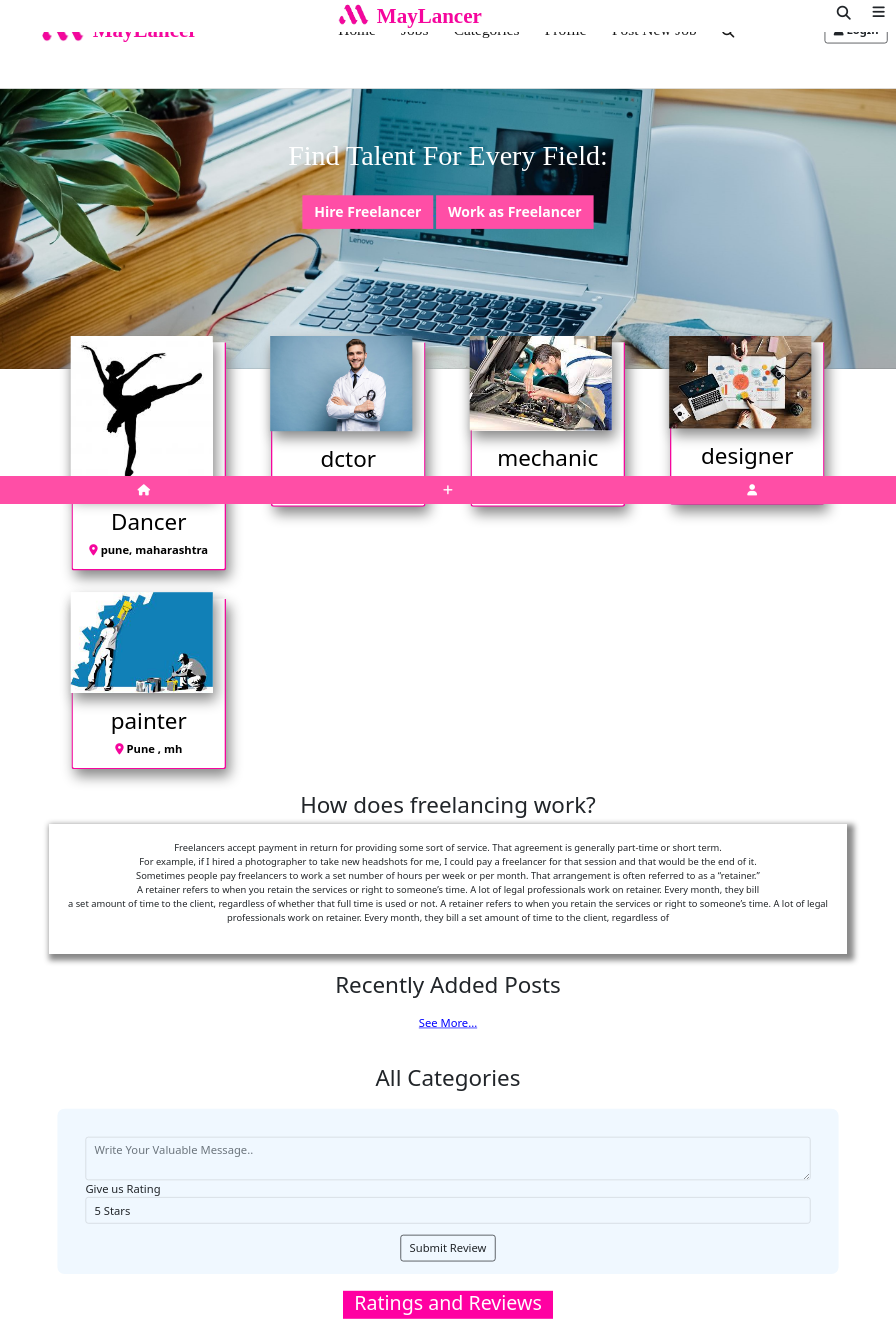
Repository: prathmesh2023/maylancers
Page: http://localhost/
An editor plug-in stored every save of this project. The page is shown before and after the next save, followed by the edit.
The browser window is 1280 px wide. The pictures show the part of the page from y = 0 to 1920 px (the page is 2599 px tall), at 70% of full size.
Some web fonts or font styles are not loaded; a fallback is used. Some web libraries are served in a nearby version. The page is served by the project's application, run on Django 3.2 (manage.py). Other server files are loaded and not shown. The page reads the database file committed with the project. Queries for data that is not in the repository find no rows.

Above is the page before, as saved 2022-02-18 23:00:02.

### templates/home.html
 {% extends "base.html" %} {% block title %} MayLancers {% endblock title %} {% load static %} {% block main %}
<div class="bgc" style=" background-image: url(' {% static 'img/bgi.jpg' %} ');">

    <div class="searchbox container py-5">

        <h2 class="py-4 text-white text-center h1 jone">Find Talent For Every Field:</h2>

        <!--<form action="/search" method="post" class="form">
            {% csrf_token %}
            <div class="input-group">

                <input required name="text" type="text" class="form-control" aria-label="Text input with dropdown button" placeholder="">
                <div class="input-group-append">
                    <button class="btn primary-bg bt text-white " type="submit"><span class="fa fa-search"> </span> Search</button>

                </div>
            </div>
        </form>-->

        <div class="container text-center">
            <a href="/jobs">
            <button class="btn btn-lg primary-bg text-white rounded-0   " ><b>Hire Freelancer</b></button>
            </a>
            <a href="/jobs">
                <button class="btn btn-lg primary-bg text-white rounded-0 " ><b>Work as Freelancer</b></button>
                </a>
        </div>

        <div class="container text-center text-white my-4 rounded-0 pj">
            {% comment %} <a href="post_job"><button class="btn primary-bg btn-lg"><span class="fa fa-edit" style=> </span> Post Job</button></a> {% endcomment %}



        </div>


    </div>


</div>
</div>



<!-- cards -->
<!-- <div class="container card_main ">
    <div class="row ">
        <div class="col-md-3 justify-content-center">

            <div class="card  m-0 p-0" style="border: solid 2px #f5069d ; border-top-right-radius: 0px; border-top-left-radius: 0px; border-top: none ;">
                <div class="card-body ">
                    <img src="{% static 'img/card/Painter.jpg' %} " class="img border-0 p-0">
                    <h2 style="margin-top:20px;">
                        Painter
                    </h2>
                    <p class="card-text"><b>Find Painters nearby you</b></p>
                    <a href="#" class="btn sub">  Find </a>
                </div>
            </div>

        </div>


        <div class="col-md-3">

            <div class="card  m-0 p-0" style="border: solid 2px #f5069d ; border-top-right-radius: 0px; border-top-left-radius: 0px; border-top: none ;">
                <div class="card-body ">
                    <img src="{% static 'img/card/mechanic.jpg' %} " class="img border-0 p-0">
                    <h2 style="margin-top:20px;">
                        Mechanic
                    </h2>
                    <p class="card-text"><b>Find Mechanics nearby you</b></p>
                    <a href="#" class="btn sub"> Find </a>
                </div>
            </div>

        </div>



        <div class="col-md-3">

            <div class="card  m-0 p-0" style="border: solid 2px #f5069d ; border-top-right-radius: 0px; border-top-left-radius: 0px; border-top: none ;">
                <div class="card-body ">
                    <img src="{% static 'img/card/designer1.jpg' %} " class="img border-0 p-0">
                    <h2 style="margin-top:20px;">
                        Designer
                    </h2>
                    <p class="card-text"><b>Find Designer nearby you</b></p>
                    <a href="#" class="btn sub"> Find </a>
                </div>
            </div>

        </div>


        <div class="col-md-3">

            <div class="card  m-0 p-0" style="border: solid 2px #f5069d ; border-top-right-radius: 0px; border-top-left-radius: 0px; border-top: none ;">
                <div class="card-body ">
                    <img src="{% static 'img/card/doctor.jpg' %}" class="img border-0 p-0">
                    <h2 style="margin-top:20px;">
                        Doctor
                    </h2>
                    <p class="card-text"><b>Find Doctors nearby you</b></p>
                    <a href="#" class="btn sub"> Find </a>
                </div>
            </div>

        </div>
    </div>
</div> -->

<!--

<div class="container-fluid card-main "style=" background: white;">
 <div class="row">


    <div class="col-md-3 text-center  boxed text-white" style="background-color: #ff3001c7; ">
       <a href="/jobs"> <h4 class="h4 my-2"> Hire Freelancer <span class="mx-3 fa fa-arrow-right fa-sm"> </span></h4></a>

    </div>

    <div class="col-md-3 text-center  boxed " style="background-color: white;">
        <a href="/profile"> <h4 class="h4 my-2" style="color: blue;"> Work as Freelancer <span class="mx-3 fa fa-arrow-right fa-sm"> </span></h4></a>

    </div>

    <div class="col-md-3 text-center  boxed text-white" style="background-color: green; ">
        <a href="/post_job"> <h4 class="h4 my-2"> Post a Job <span class="mx-3 fa fa-arrow-right fa-sm"> </span></h4>
</a>
    </div>

    <div class="col-md-3 text-center  boxed text-white" style="background-color: #41464b; ">
        <a href="categories"><h4 class="h4 my-2"> All Categories <span class="mx-3 fa fa-arrow-right fa-sm"> </span></h4>
</a>
    </div>

 </div>

</div>

<style >
    .boxed{
        height: 55px;
        font-family: 'Jockey One';
        padding: 3px;
    }
    a{
        text-decoration: none;
        color: white;
    }
</style>-->

<!--
<div class="container card_main ">

    <div class="row">
        {% for h in cat %} {% if forloop.counter0|divisibleby:4 %}
    </div><br>
    <div class="row">
        {% endif %}
        <div class="col-md-3 text-center my-2">
            <a href="/category/{{h.title}}" style="text-decoration: none; color:black">
                <div class="card  " style="border: solid 2px #f5069d ; border-top-right-radius: 0px; border-top-left-radius: 0px; border-top: none ;">
                    <div class="card-body ">
                        <img src="{{h.thumbnail.url}} " class="img border-0 p-0">
                        <h2 style="margin-top:20px;">
                            {{h.title}}
                        </h2>
                        <p class="card-text"><b><span class="fa fa-map-marker" style="color:#f5069d"> </span>  {{h.location}}</b></p>

                    </div>
                </div>
            </a>
        </div>
        {% endfor %}
    </div>
</div> -->


<!-- cards -->

<div class="container card_main "">

    <div class="row">
        {% for h in cat %} {% if forloop.counter0|divisibleby:4 %}
    </div><br>
    <div class="row">
        {% endif %}
        <div class="col-md-3 text-center my-2">
            <a href="/category/{{h.title}}" style="text-decoration: none; color:black">
                <div class="card  " style="border: solid 2px #f5069d ; border-top-right-radius: 0px; border-top-left-radius: 0px; border-top: none ;">
                    <div class="card-body ">
                        <img src="{{h.thumbnail.url}} " class="img border-0 p-0">
                        <h2 style="margin-top:20px;">
                            {{h.title}}
                        </h2>
                        <p class="card-text"><b><span class="fa fa-map-marker" style="color:#f5069d"> </span> {{h.location}}</b></p>

                    </div>
                </div>
            </a>
        </div>
        {% endfor %}
    </div>
</div>




<br>

<div class="container text-center">
    <h2 style=" font-family:Concert One';"> How does freelancing work?</h2>
</div>

<div class="container text-center" style="box-shadow: 5px 5px 8px 5px #888888; padding: 25px; font-size: smaller;">
    <p class="list-inline">
        Freelancers accept payment in return for providing some sort of service. That agreement is generally part-time or short term.
        <br>

       For example, if I hired a photographer to take new headshots for me, I could pay a freelancer for that session and that would be the end of it.
       <br>
     Sometimes people pay freelancers to work a set number of hours per week or per month. That arrangement is often referred to as a “retainer.”
     <br>

    A retainer refers to when you retain the services or right to someone’s time. A lot of legal professionals work on retainer. Every month, they bill
    <br>
        a set amount of time to the client, regardless of whether that full time is used or not.
        A retainer refers to when you retain the services or right to someone’s time. A lot of legal professionals work on retainer. Every month, they bill a set amount of time to the client, regardless of

</p>
</div>

<div class="container text-center my-4">
    <h2 style=" font-family:Concert One';"> Recently Added Posts</h2>
</div>


<div class="container rpost">

    <div class="container">
        <div class="col-4">

        </div>
        <div class="col-4">

        </div>

    </div>


    <div class="container my-4  ">

        {% for i in post %}
        <div class="row my-3" style="box-shadow: 5px 5px 8px 5px #888888; padding: 25px;">
            <div class="col imgcol">
                <img src="{{i.thumb.url}}" class="rounded float-left " alt="...">

            </div>
            <div class="col-6">
                <h2>{{i.title}}</h2>
                <p>{{i.desc}}</p>

                <p><span class="fa fa-user"> </span> {{i.user}}</p>
                <button class="btn btn-secondary btn-sm">{{i.cat}}</button>
            </div>
            <div class="col">
                <b><p><span class="fa fa-map-marker"> </span> {{i.loc}}</p></b>

                <b>Amount:</b>
                <br>

                <b>From : Rs. {{i.afrom}} /-</b>
                <br>
                <b>To : Rs. {{i.ato}} /-</b> {% if i.done is True %}

               <button class="btn btn-danger rounded-0 w-100 my-3"> Closed</button>
                {% else %}
                <a href="apply/{{i.title}}/{{i.id}}"> <button class="btn primary-bg text-white rounded-0 w-100 my-3"> Apply</button></a>
                {% endif %}


            </div>
        </div>
        {% endfor %}

    </div>

</div>


<div class="container  mpost ">

{% for i in post %}
<div class="row my-3" style="box-shadow: 5px 5px 8px 5px #888888; padding: 25px;">

    <div class="card-body">

         <img src="{{i.thumb.url}}" class="rounded " alt="thumbnail" style="width: 100%; height: 170px;">
         <h2>{{i.title}}</h2>
         <p>{{i.desc}}</p>
        <div class="row">
            <div class="col">
                         <p><span class="fa fa-user"> </span> {{i.user}}</p>

         <p><span class="fa fa-map-marker"> </span> {{i.loc}}</p>
          <button class="btn btn-secondary btn-sm p-0 p-0" style="margin-top: -8px;">{{i.cat}}</button>



            </div>
            <div class="col">
                                <b>Amount:</b>
                <br>

                <p>From : Rs. {{i.afrom}} /-</p>

                <p>To : Rs. {{i.ato}} /-</p>

            </div>
        </div>


    </div>

    <div class="card-footer">
     {% if i.done is True %}

               <button class="btn btn-danger  rounded-0  w-100 my-3"> Closed</button>
                {% else %}
                <a href="apply/{{i.title}}/{{i.id}}"> <button class="btn primary-bg text-white rounded-0 w-100 my-3"> Apply</button></a>
                {% endif %}
    </div>

</div>

{% endfor %}

</div>

<p class="text-center"><a href="/jobs" style="color: blue;"> See More... </a></p>

<br>


<div class="container text-center my-2">
    <h2 style=" font-family:Concert One';"> All Categories</h2>
</div>




<div class="container my-4">

    <form class="form-group fmr" method="post" action="/post_rate">
        <textarea required class="form-control" placeholder="Write Your Valuable Message.." name="msg"></textarea>
        <input type="hidden" class="form-control" placeholder="" name="user" value="{{user}}">
{% csrf_token %}

        <label class="col-md-2 control-label" for="rating">Give us Rating</label>

        <select required class="form-control" name="rating" id="rating">
            <option value="5">5 Stars</option>
            <option value="4">4 Stars</option>
            <option value="3">3 Stars</option>
            <option value="2">2 Stars</option>
            <option value="1">1 Stars</option>

        </select>

        <center>
            <button type="submit" class="btn btn-outline-dark my-3 btr">Submit Review</button>
        </center>
    </form>

</div>


<div class="container text-center my-4 cmt">

    <h3 style="">Ratings and Reviews</h3>


</div>

<style>

</style>

<div class="container cmtd">

    <div class="row">
        {% for i in rate %} {% if forloop.counter0|divisibleby:2 %}
    </div><br>
    <div class="row">
        {% endif %}
        <div class="col-md-6 my-2">
            <div class="card">
                <div class="card-body">
                    <div class="row">
                        <div class="col-2 ">
                            <span class="fa fa-user user-profile"></span>
                        </div>
                        <div class="col-6">
                            <h3>{{i.user}}</h3>
                        </div>
                        <div class="col-4">

                            <span class="fa fa-star"></span>
                            <span class="fa fa-star"></span>
                            <span class="fa fa-star"></span>
                            <span class="fa fa-star"></span>
                            <span class="fa fa-star"></span>
                        </div>

                    </div>


                    <p class="p mx-5 justify-content">{{i.msg}} </p>

                </div>
            </div>
        </div>


        {% endfor %}



    </div>
</div>

<center>
    <a href="#" style="text-decoration: none;"> See More Reviews...</a>
</center>



<div class="container cmtm">



    <div class="row">
        <div class="col-md-6 my-2">
            <div class="card">
                <div class="card-body">

                    <div class="user ">

                        <span class="fa fa-user uml"></span>


                        <span class="h3 mx-3">prathmesh lohar</span>

                    </div>

                    <div class="star mx-5"> <span class="fa fa-star"></span>
                        <span class="fa fa-star"></span>
                        <span class="fa fa-star"></span>
                        <span class="fa fa-star"></span>
                        <span class="fa fa-star"></span>
                    </div>





                    <p class="p mx-5 justify-content">my name is kulkarni chamya i am mr in pyser my name is kulkarni chamya i am mr in pyser ,my name is kulkarni chamya i am mr in ... </p>

                </div>
            </div>
        </div>
</div>
</div>


<style>
    .user-profile {
        font-size: 35px;
        margin-left: 40px;
        margin-top: 3px;
    }

    .uml {
        font: size 10px;
    }

    .cmt {
        color: rgb(255, 255, 255);
        background-color: rgb(255, 0, 162);
        height: 40px;
        width: 300px;
    }

    .fa-star {
        font-size: 20px;
        margin-top: 10px;
        color: #8c6801;
    }

   .btr:hover {
        background-color: #0079ebcb;
    }

    .fmr {
        background-color: aliceblue;
        padding: 40px 40px 2px 40px;
        border-radius: 10px;
    }

   .form-control {
        background-color: aliceblue;
    }

    .cmtd {
        display: block;
    }

    .cmtm {
        display: none;
    }

    @media screen and (max-width: 600px) {
        .fa-user {
            font-size: 20px;
            margin-left: 50px;
            margin-top: 0px;
        }
        .cmtd {
            display: none;
        }
        .cmtm {
            display: block;
        }
    }
</style>

<br/>


<style>

    .card_main {
    margin-top: -70px;
}

    .mpost{
        display: none;
    }

     @media  screen and (max-width: 900px) {
       .mpost{
        display: block;
    }
    .rpost{
        display: none;
    }
    }
    .rpost img {
        max-width: 90%;
    }

    @media  screen and (max-width: 900px) {
        .imgcol {
            display: none;
        }
    }
</style>




{% endblock main %}

### app1/models.py
from django.db import models

# Create your models here.
from django.contrib.auth.models import User

class profile(models.Model):
    user = models.OneToOneField(User, on_delete=models.CASCADE)
    about = models.CharField(max_length=100)
    dp = models.ImageField('dp', upload_to="app1/img/dp")


class category(models.Model):
    title = models.CharField(max_length=200)
    location = models.CharField(max_length=200)
    thumbnail = models.ImageField('thumbnail', upload_to="app1/img/category")
    desc = models.TextField()


    def __str__(self):
        return self.title


class post(models.Model):

    title = models.CharField(max_length=200)
    loc = models.CharField(max_length=200)
    desc = models.TextField()
    cat = models.CharField(max_length=200)
    thumb = models.ImageField('thumb', upload_to="app1/img/post/thumb")
    afrom = models.IntegerField()
    ato = models.IntegerField()
    user = models.CharField(max_length=200,default="def")
    done = models.BooleanField(default=False)

    def __str__(self):
        return self.title


class proposal(models.Model):

    post = models.ForeignKey("post",  on_delete=models.CASCADE ,default=1)

    text = models.TextField()

    mob = models.CharField(max_length=150)

    user = models.CharField(max_length=150)



    def __str__(self):
        return self.user


class rating(models.Model):
    user = models.CharField(max_length=500)
    msg = models.CharField(max_length=1000)
    star = models.IntegerField()

    def __str__(self):
        return self.user

### maylancer/urls.py
"""maylancer URL Configuration

The `urlpatterns` list routes URLs to views. For more information please see:
    https://docs.djangoproject.com/en/3.2/topics/http/urls/
Examples:
Function views
    1. Add an import:  from my_app import views
    2. Add a URL to urlpatterns:  path('', views.home, name='home')
Class-based views
    1. Add an import:  from other_app.views import Home
    2. Add a URL to urlpatterns:  path('', Home.as_view(), name='home')
Including another URLconf
    1. Import the include() function: from django.urls import include, path
    2. Add a URL to urlpatterns:  path('blog/', include('blog.urls'))
"""
from django.contrib import admin
from django.urls import path,include

urlpatterns = [
    path('admin/', admin.site.urls),
    path('',include('app1.urls'))
]

### app1/urls.py
from django.contrib import admin
from django.urls import path
from app1 import views

from django.conf import settings
from django.conf.urls.static import static

urlpatterns = [
    path("", views.home , name="home"),
    path("login", views.login, name="login"),
    path("logout", views.logout,name="logout"),
    path("profile", views.profile, name="profile"),
    path("register", views.register, name="register"),
    path("post_job", views.post_job, name="post_job"),
    path("apply/<str:title>/<int:id>", views.apply, name="apply"),
    path("proposal", views.proposal, name="proposal"),
    path("category/<str:title>", views.category, name="category"),
    path("search", views.search,name="search"),
    path("categories", views.categories, name="categories"),
    path('jobs', views.jobs, name="jobs"),

    path("success", views.success, name="success"),
     path("post_rate", views.post_rate, name="post_rate"),


]+ static(settings.MEDIA_URL, document_root=settings.MEDIA_ROOT)

### db.sqlite3 (the tables this page reads, as SQL)
CREATE TABLE "app1_category" ("id" integer NOT NULL PRIMARY KEY AUTOINCREMENT, "title" varchar(200) NOT NULL, "location" varchar(200) NOT NULL, "desc" text NOT NULL, "thumbnail" varchar(100) NULL);
INSERT INTO "app1_category" VALUES
(1, 'painter', 'Pune , mh', 'painter', 'app1/img/category/painter_LAaJ8Te.jpg'),
(2, 'designer', 'latur', 'designer', 'app1/img/category/designer1.jpg'),
(3, 'mechanic', 'pune', 'mechanic', 'app1/img/category/mechanic.jpg'),
(4, 'dctor', 'bombay', 'dector', 'app1/img/category/doctor.jpg'),
(6, 'Dancer', 'pune, maharashtra', 'I want a Bar dancer', 'app1/img/category/download.jpg');

CREATE TABLE "app1_rating" ("id" integer NOT NULL PRIMARY KEY AUTOINCREMENT, "user" varchar(500) NOT NULL, "star" integer NOT NULL, "msg" varchar(100) NOT NULL);
INSERT INTO "app1_rating" VALUES
(1, 'ex', 5, 'hello'),
(2, 'prathmesh', 4, 'hi this website is very useful and greeet .....'),
(3, 'prathmesh', 5, 'qq'),
(4, 'prathmesh', 5, 'ok');

Loaded but not shown: static/bootstrap-5/css/bootstrap.min.css (library); templates/base.html (422 lines, source omitted); app1/views.py (249 lines, source omitted); static/css/main.css (181 lines, source omitted)

After the next save:
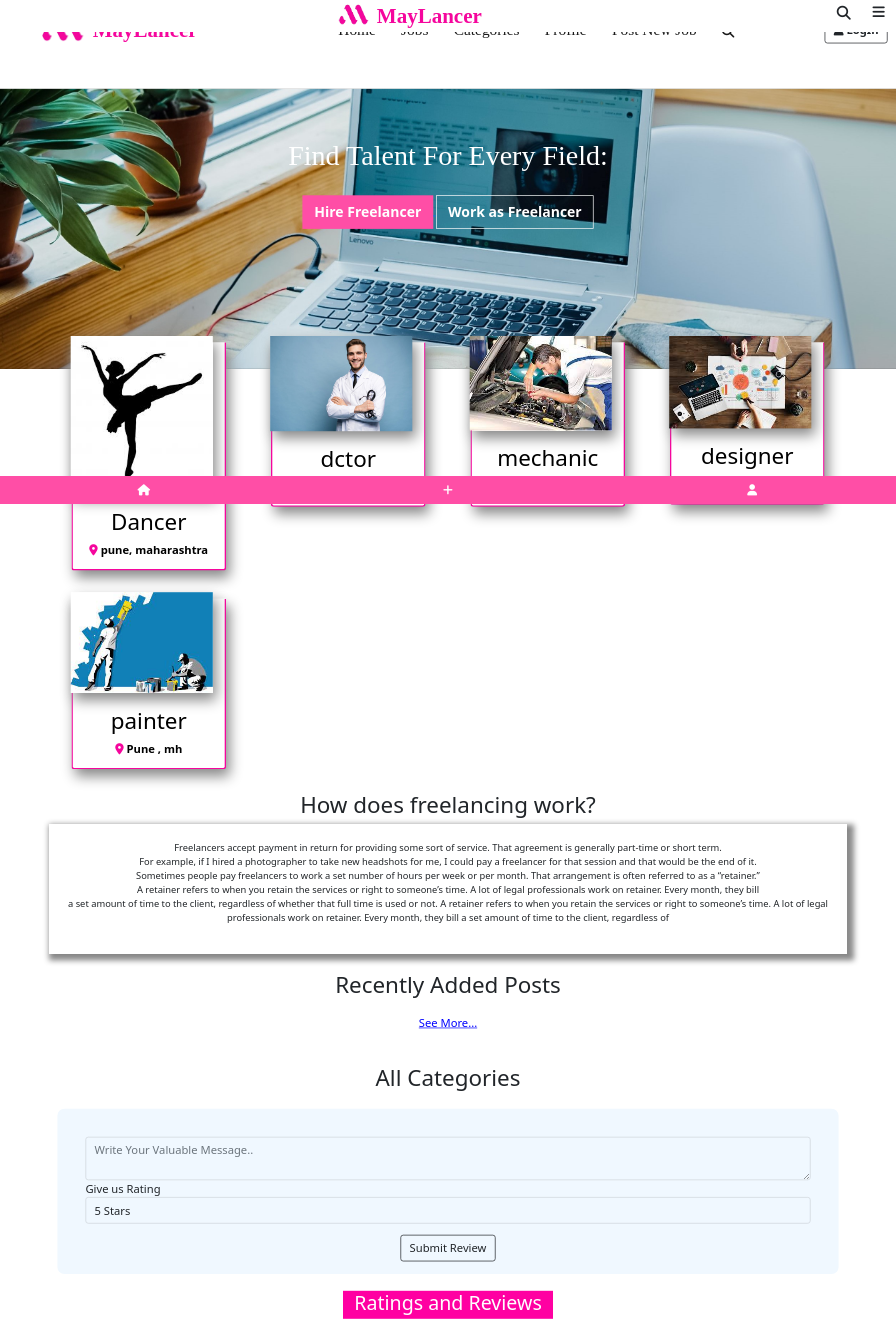
Saved 42 s later.
--- a/templates/home.html
+++ b/templates/home.html
@@ -22,7 +22,7 @@
             <button class="btn btn-lg primary-bg text-white rounded-0   " ><b>Hire Freelancer</b></button>
             </a>
             <a href="/jobs">
-                <button class="btn btn-lg primary-bg text-white rounded-0 " ><b>Work as Freelancer</b></button>
+                <button class="btn btn-lg btn-outline-light text-white rounded-0 " ><b>Work as Freelancer</b></button>
                 </a>
         </div>
 
